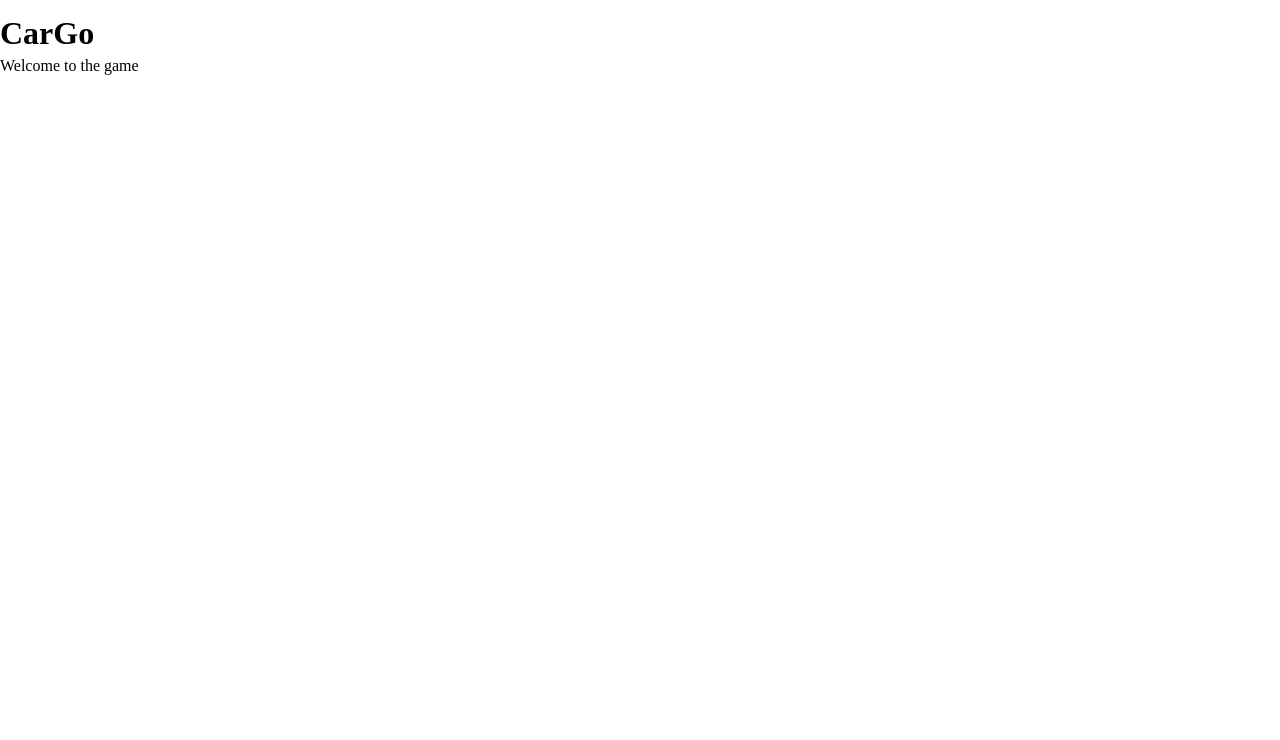
Repository: btgoo/game
Page: car.html
An editor plug-in stored every save of this project. The page is shown before and after the next save, followed by the edit.
The browser window is 1280 px wide. The pictures show the whole page.

Above is the page before, as saved 2025-10-25 18:44:49.
Console error: ReferenceError: gameLoop is not defined

### car.html
<!DOCTYPE html>
<script src="carscript.js" defer type="module"></script>
<link rel="stylesheet" href="car_style.css">
<html lang="en">
<head>
    <meta charset="UTF-8">
    <meta http-equiv="X-UA-Compatible" content="IE=edge" />
    <meta name="viewport" content="width=device-width, initial-scale=1.0">
    <title>CarGo</title>
</head>
<body>
    <h1>CarGo</h1>
    Welcome to the game
    <p id="demo"></p>
    <canvas id="game">
    </canvas>
</body>
 </html>

### carscript.js
const canvas = document.getElementById("game");
const ctx = canvas.getContext("2d");

const GAME_WIDTH = 1200;
const GAME_HEIGHT = 600;
const PLAYER_WIDTH = 183;
const PLAYER_HEIGHT = 90;
const NUM_LANES = 5;

let backgroundX = 0; // <--- background scroll position
const backgroundSpeed = 2; // pixels per frame

let scaleRatio = null;

let car = {
  x: GAME_WIDTH / 24,
  width: PLAYER_WIDTH,
  height: PLAYER_HEIGHT,
  lane: 2,
};

let lanes = [];

function setupLanes() {
  const laneHeight = GAME_HEIGHT / NUM_LANES;
  lanes = [];
  for (let i = 0; i < NUM_LANES; i++) {
    lanes.push(laneHeight * i + (laneHeight - car.height) / 2);
  }
  car.y = lanes[car.lane];
}

function getScaleRatio() {
  const screenHeight = Math.min(window.innerHeight, document.documentElement.clientHeight);
  const screenWidth = Math.min(window.innerWidth, document.documentElement.clientWidth);

  if (screenWidth / screenHeight < GAME_WIDTH / GAME_HEIGHT) {
    return screenWidth / GAME_WIDTH;
  } else {
    return screenHeight / GAME_HEIGHT;
  }
}

function setScreen() {
  scaleRatio = getScaleRatio();
  canvas.width = GAME_WIDTH * scaleRatio;
  canvas.height = GAME_HEIGHT * scaleRatio;
  setupLanes();
}

setScreen();
window.addEventListener("resize", () => {
  setScreen();
  drawScene();
});


const backgroundImg = new Image();
backgroundImg.src = "./assets/car_images/background.png";

const carImg = new Image();
carImg.src = "./assets/car_images/blue_car.png";

backgroundImg.onload = requestAnimationFrame(gameLoop);
carImg.onload = () => requestAnimationFrame(gameLoop);


function drawScene() {
  ctx.clearRect(0, 0, canvas.width, canvas.height);

  if (backgroundImg.complete) {
    const bgWidth = canvas.width;
    const bgHeight = canvas.height;

    // Scroll effect
    let bgX = -backgroundX * scaleRatio;

    // Draw two images side-by-side for looping
    ctx.drawImage(backgroundImg, bgX, 0, bgWidth, bgHeight);
    ctx.drawImage(backgroundImg, bgX + bgWidth, 0, bgWidth, bgHeight);

    // Reset background position for seamless loop
    if (backgroundX * scaleRatio >= bgWidth) {
      backgroundX = 0;
    }
  }

  if (carImg.complete) {
    ctx.drawImage(
      carImg,
      car.x * scaleRatio,
      car.y * scaleRatio,
      car.width * scaleRatio,
      car.height * scaleRatio
    );
  }
}

// Move car up/down between lanes
window.addEventListener("keydown", (e) => {
  if (e.key === "ArrowUp" && car.lane > 0) {
    car.lane--;
  } else if (e.key === "ArrowDown" && car.lane < NUM_LANES - 1) {
    car.lane++;
  }
  car.y = lanes[car.lane];
  drawScene();
});

### car_style.css
* {
    padding: 0px;
    padding-top: 5px;
    padding-bottom: 5px;
    margin: 0px;
}
body{
    /* display:flex; */
    align-items: center;
    justify-content: center;
    height: 100vh;

    user-select: none;
    touch-action: none;
    -webkit-touch-callout: none;
    -webkit-user-select: none;
    -khtml-user-select: none;
    -moz-user-select: none;
    -ms-user-select: none;
    user-select: none;
    outline: none;
    -webkit-tap-highlight-color: rgba(255, 255, 255, 0);
}
/* canvas {

} */
div {
    width: 200px;
    height: 200px;
    background-color: red;
    position: absolute;
  }

After the next save:
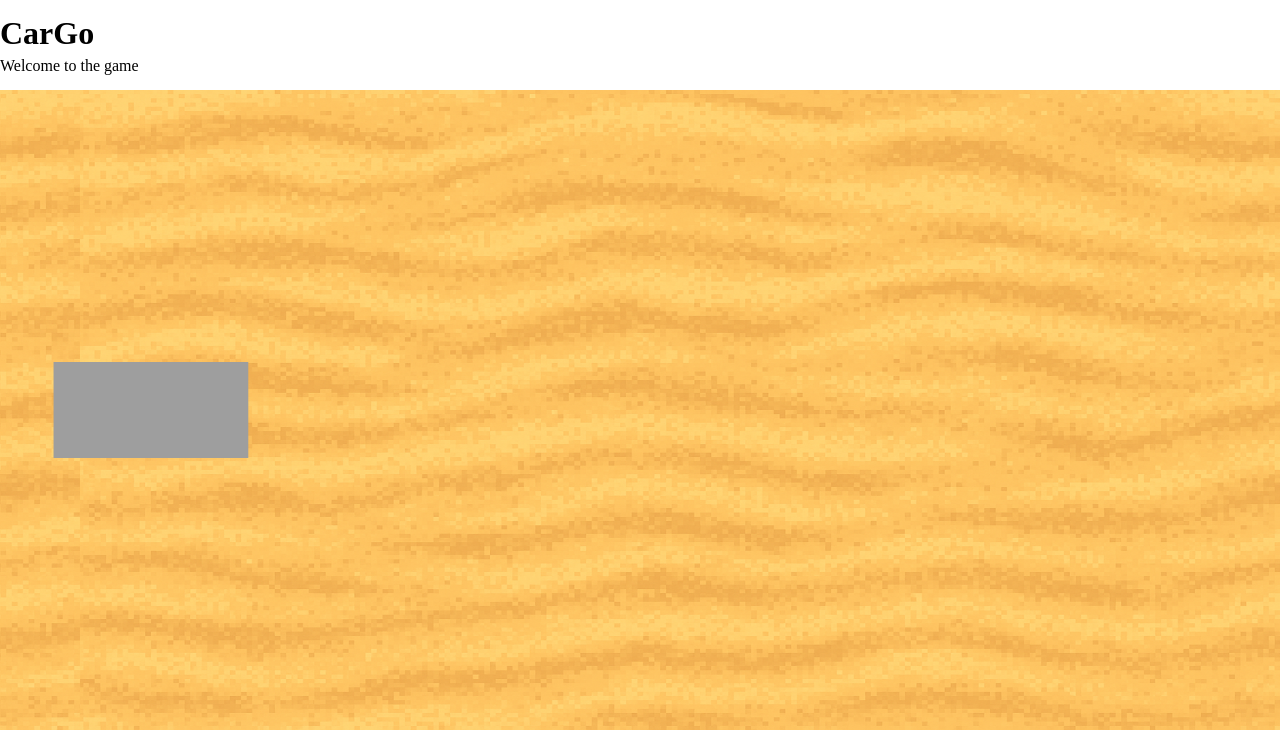
The error is gone.
Saved 20 s later.
--- a/carscript.js
+++ b/carscript.js
@@ -96,6 +96,12 @@ function drawScene() {
   }
 }
 
+function gameLoop() {
+    backgroundX += backgroundSpeed / scaleRatio; // move background to the left
+    drawScene();
+    requestAnimationFrame(gameLoop);
+  }
+
 // Move car up/down between lanes
 window.addEventListener("keydown", (e) => {
   if (e.key === "ArrowUp" && car.lane > 0) {
